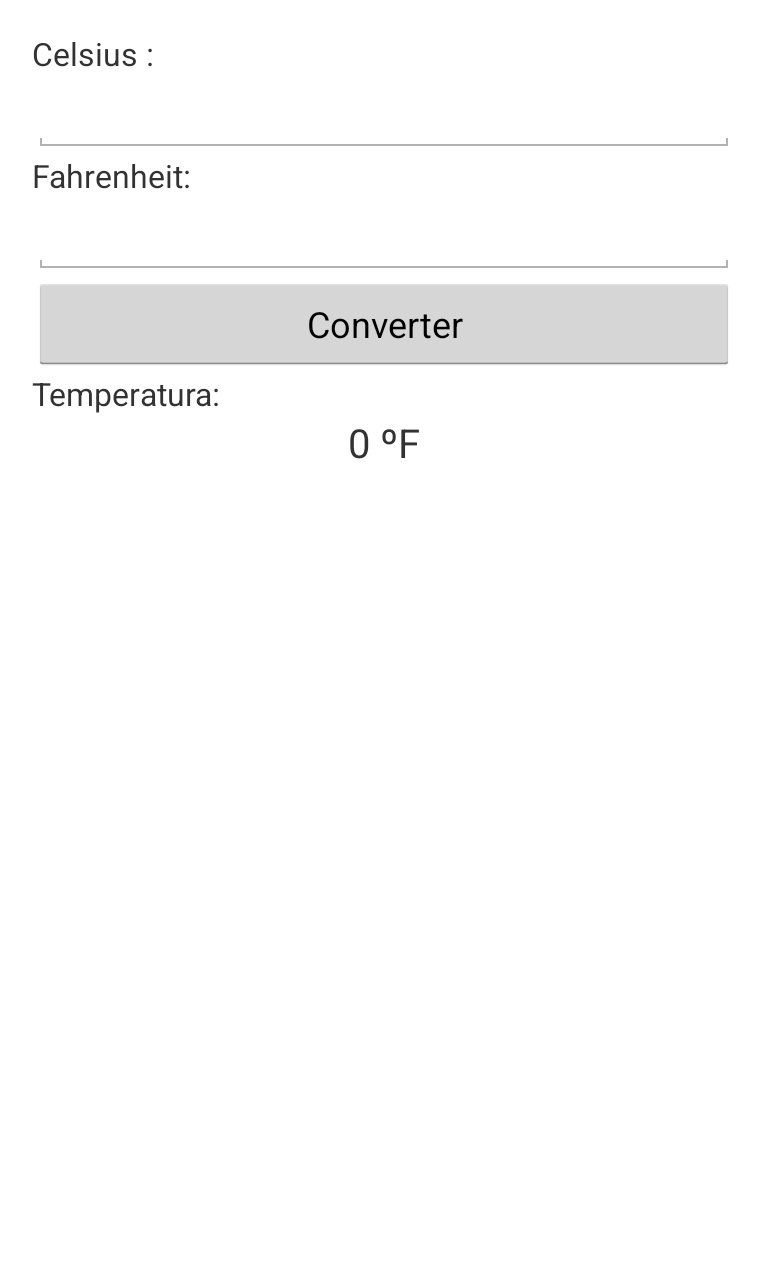
Repository: erickluz/Android
Layout: CelsiusToFahrenheit/res/layout/activity_main.xml
The author's editor kept a copy of each file at every save. The layout is drawn from the files as they stood at one save, then again after the next save.
It is drawn on a 768 x 1280 px phone screen (xhdpi) without system bars, with theme AppTheme; the app's code is not run.

Above is the layout before, as saved 2016-03-15 00:19:08.

After the next save:
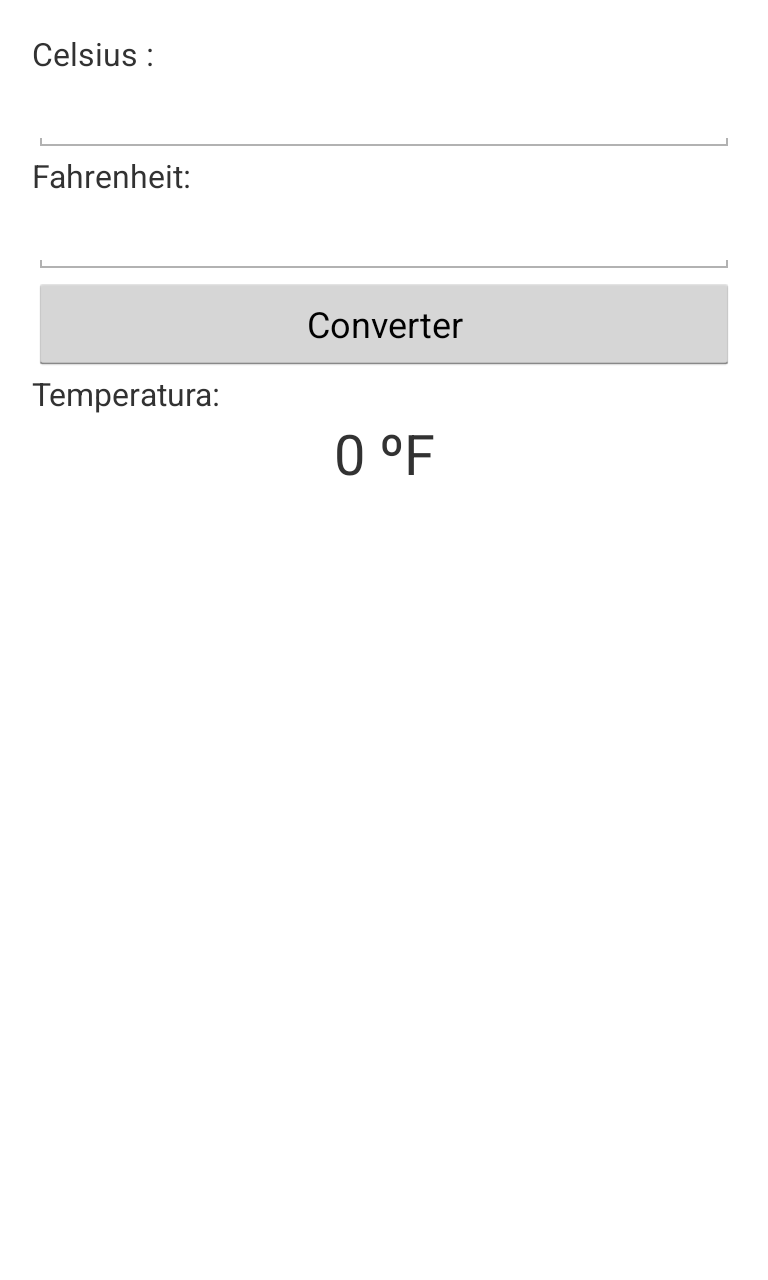
Saved 8 s later.
--- a/CelsiusToFahrenheit/res/layout/activity_main.xml
+++ b/CelsiusToFahrenheit/res/layout/activity_main.xml
@@ -53,7 +53,7 @@
         android:layout_width="fill_parent"
         android:layout_height="wrap_content"
         android:gravity="center"
-        android:textSize="20sp"
+        android:textSize="28sp"
         android:text="@string/far" />
 
 
